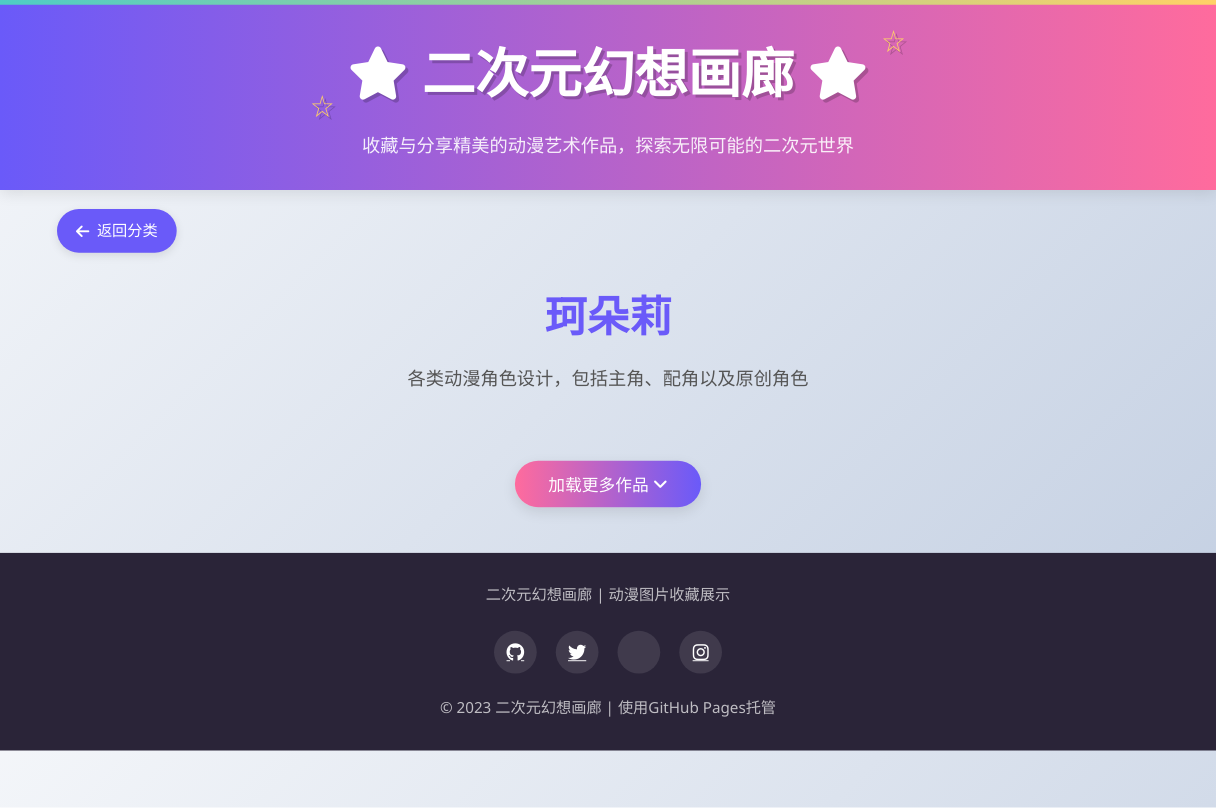
Repository: Ke-scholar/Ke-scholar.github.io
Page: category.html
An editor plug-in stored every save of this project. The page is shown before and after the next save, followed by the edit.
The browser window is 1280 px wide. The pictures show the whole page, at 95% of full size.
Backgrounds fixed to the window are drawn as part of the page.

Above is the page before, as saved 2025-06-26 03:21:32.
Console error: TypeError: Cannot set properties of null (setting 'textContent')

### category.html
<!DOCTYPE html>
<html lang="zh-CN">

<head>
    <meta charset="UTF-8">
    <meta name="viewport" content="width=device-width, initial-scale=1.0">
    <title>分类详情 | 二次元幻想画廊</title>
    <link rel="stylesheet" href="css/style.css">
    <link rel="stylesheet" href="css/category.css">
    <link rel="stylesheet" href="https://cdnjs.cloudflare.com/ajax/libs/font-awesome/6.4.0/css/all.min.css">
</head>

<body>
    <!-- 页头 -->
    <header>
        <div class="header-content">
            <h1><i class="fas fa-star"></i> 二次元幻想画廊 <i class="fas fa-star"></i></h1>
            <p class="subtitle">收藏与分享精美的动漫艺术作品，探索无限可能的二次元世界</p>
        </div>
    </header>

    <!-- 返回按钮 -->
    <div class="back-container">
        <a href="index.html" class="back-btn">
            <i class="fas fa-arrow-left"></i> 返回分类
        </a>
    </div>

    <!-- 分类标题 -->
    <div class="category-header">
        <h2 id="category-title">分类标题</h2>
        <p id="category-desc">分类描述</p>
    </div>

    <!-- 图片展示区 -->
    <div class="container">
        <div class="gallery-grid" id="category-gallery">
            <!-- <div class="loading">
                <div class="loading-spinner"></div>
                正在加载图片...
            </div> -->
        </div>

        <!-- 加载更多按钮 -->
        <div class="load-more">
            <button id="load-more-btn">加载更多作品 <i class="fas fa-angle-down"></i></button>
        </div>
    </div>

    <!-- 页脚 -->
    <footer>
        <div class="footer-content">
            <p>二次元幻想画廊 | 动漫图片收藏展示</p>
            <div class="social-icons">
                <a href="#"><i class="fab fa-github"></i></a>
                <a href="#"><i class="fab fa-twitter"></i></a>
                <a href="#"><i class="fab fa-pixiv"></i></a>
                <a href="#"><i class="fab fa-instagram"></i></a>
            </div>
            <p>&copy; 2023 二次元幻想画廊 | 使用GitHub Pages托管</p>
        </div>
    </footer>

    <!-- 图片弹窗 -->
    <div id="imageModal" class="modal" onclick="closeModal()">
        <img class="modal-content" id="modalImage">
    </div>

    <script src="js/data.js"></script>
    <script src="js/category.js"></script>
</body>

</html>

### css/style.css
/* 全局样式 */
* {
    margin: 0;
    padding: 0;
    box-sizing: border-box;
    font-family: 'Segoe UI', Tahoma, Geneva, Verdana, sans-serif;
}

:root {
    --primary: #ff6b9d;
    --secondary: #6a5af9;
    --accent: #4ecdc4;
    --dark: #2a2438;
    --light: #f7f9fc;
    --card-bg: rgba(255, 255, 255, 0.9);
}

body {
    background: linear-gradient(135deg, #f5f7fa 0%, #c3cfe2 100%);
    background-attachment: fixed;
    color: var(--dark);
    line-height: 1.6;
    min-height: 100vh;
    padding-bottom: 60px;
}

/* 页眉样式 */
header {
    background: linear-gradient(90deg, var(--secondary), var(--primary));
    color: white;
    padding: 2rem 0;
    text-align: center;
    box-shadow: 0 4px 15px rgba(0, 0, 0, 0.1);
    position: relative;
    overflow: hidden;
}

header::before {
    content: "";
    position: absolute;
    top: 0;
    left: 0;
    right: 0;
    height: 5px;
    background: linear-gradient(90deg, var(--accent), #ffd166);
}

.header-content {
    max-width: 1200px;
    margin: 0 auto;
    padding: 0 20px;
}

h1 {
    font-size: 3.5rem;
    margin-bottom: 1rem;
    text-shadow: 3px 3px 0 rgba(0, 0, 0, 0.2);
    position: relative;
    display: inline-block;
}

h1::after {
    content: "☆";
    position: absolute;
    right: -40px;
    top: -15px;
    font-size: 2rem;
    color: #ffd166;
}

h1::before {
    content: "☆";
    position: absolute;
    left: -40px;
    bottom: -15px;
    font-size: 2rem;
    color: #ffd166;
}

.subtitle {
    font-size: 1.2rem;
    max-width: 600px;
    margin: 0 auto;
    opacity: 0.9;
}

/* 内容区域 */
.container {
    max-width: 1200px;
    margin: 2rem auto;
    padding: 0 20px;
}

.gallery-info {
    text-align: center;
    margin-bottom: 2rem;
    background: var(--card-bg);
    padding: 2rem;
    border-radius: 15px;
    box-shadow: 0 5px 15px rgba(0, 0, 0, 0.05);
}

.gallery-info h2 {
    color: var(--secondary);
    margin-bottom: 1rem;
    font-size: 2.2rem;
}

/* 分类网格 */
.categories-grid {
    display: grid;
    grid-template-columns: repeat(auto-fill, minmax(300px, 1fr));
    gap: 30px;
}

.category-card {
    background: var(--card-bg);
    border-radius: 15px;
    overflow: hidden;
    box-shadow: 0 10px 20px rgba(0, 0, 0, 0.08);
    transition: all 0.4s cubic-bezier(0.175, 0.885, 0.32, 1.275);
    position: relative;
    height: 350px;
    opacity: 0;
    transform: translateY(20px);
    animation: fadeInUp 0.5s forwards;
}

@keyframes fadeInUp {
    to {
        opacity: 1;
        transform: translateY(0);
    }
}

.category-card:hover {
    transform: translateY(-10px) scale(1.02);
    box-shadow: 0 15px 30px rgba(0, 0, 0, 0.15);
}

.category-img {
    width: 100%;
    height: 240px;
    object-fit: cover;
    display: block;
    transition: all 0.5s ease;
}

.category-card:hover .category-img {
    transform: scale(1.1);
}

.category-overlay {
    position: absolute;
    top: 0;
    left: 0;
    right: 0;
    bottom: 0;
    background: linear-gradient(to top, rgba(106, 90, 249, 0.8), transparent);
    display: flex;
    flex-direction: column;
    justify-content: flex-end;
    padding: 20px;
    opacity: 0;
    transition: opacity 0.4s ease;
}

.category-card:hover .category-overlay {
    opacity: 1;
}

.category-title {
    color: white;
    font-size: 2rem;
    font-weight: bold;
    margin-bottom: 5px;
    text-shadow: 1px 1px 3px rgba(0, 0, 0, 0.7);
}

.category-count {
    color: rgba(255, 255, 255, 0.9);
    font-size: 1.1rem;
    background: rgba(0, 0, 0, 0.3);
    padding: 5px 15px;
    border-radius: 20px;
    display: inline-block;
}

.category-info {
    padding: 20px;
    text-align: center;
}

.category-info h3 {
    color: var(--secondary);
    margin-bottom: 10px;
    font-size: 1.5rem;
}

.category-info p {
    color: #666;
    font-size: 1rem;
}

/* 页脚样式 */
footer {
    background: var(--dark);
    color: rgba(255, 255, 255, 0.7);
    text-align: center;
    padding: 2rem 0;
    margin-top: 3rem;
}

.footer-content {
    max-width: 1200px;
    margin: 0 auto;
    padding: 0 20px;
}

.social-icons {
    display: flex;
    justify-content: center;
    gap: 20px;
    margin: 1.5rem 0;
}

.social-icons a {
    color: white;
    background: rgba(255, 255, 255, 0.1);
    width: 45px;
    height: 45px;
    border-radius: 50%;
    display: flex;
    align-items: center;
    justify-content: center;
    font-size: 1.2rem;
    transition: all 0.3s ease;
}

.social-icons a:hover {
    background: var(--primary);
    transform: translateY(-5px);
}

/* 响应式设计 */
@media (max-width: 768px) {
    h1 {
        font-size: 2.5rem;
    }

    h1::before, h1::after {
        display: none;
    }

    .categories-grid {
        grid-template-columns: repeat(auto-fill, minmax(280px, 1fr));
    }
}

@media (max-width: 480px) {
    h1 {
        font-size: 2rem;
    }

    .categories-grid {
        grid-template-columns: 1fr;
    }
}

/* 动画效果 */
@keyframes float {
    0% { transform: translateY(0px); }
    50% { transform: translateY(-10px); }
    100% { transform: translateY(0px); }
}

.floating {
    animation: float 3s ease-in-out infinite;
}

### css/category.css
/* 分类详情页样式 */
.back-container {
    max-width: 1200px;
    margin: 20px auto 0;
    padding: 0 20px;
}

.back-btn {
    display: inline-flex;
    align-items: center;
    gap: 8px;
    background: var(--secondary);
    color: white;
    padding: 10px 20px;
    border-radius: 30px;
    text-decoration: none;
    font-weight: 500;
    transition: all 0.3s;
    box-shadow: 0 3px 10px rgba(0, 0, 0, 0.1);
}

.back-btn:hover {
    background: var(--primary);
    transform: translateY(-3px);
    box-shadow: 0 5px 15px rgba(0, 0, 0, 0.15);
}

.category-header {
    text-align: center;
    margin: 30px 0;
    padding: 0 20px;
}

.category-header h2 {
    font-size: 2.8rem;
    color: var(--secondary);
    margin-bottom: 15px;
}

.category-header p {
    font-size: 1.2rem;
    max-width: 800px;
    margin: 0 auto;
    color: #555;
}

/* 图片网格 */
.gallery-grid {
    display: grid;
    grid-template-columns: repeat(auto-fill, minmax(280px, 1fr));
    gap: 25px;
    margin-top: 20px;
}

.gallery-item {
    background: var(--card-bg);
    border-radius: 15px;
    overflow: hidden;
    box-shadow: 0 10px 20px rgba(0, 0, 0, 0.08);
    transition: all 0.4s cubic-bezier(0.175, 0.885, 0.32, 1.275);
    position: relative;
    height: 320px;
    opacity: 0;
    transform: translateY(20px);
    animation: fadeInUp 0.5s forwards;
}

.gallery-item:hover {
    transform: translateY(-10px) scale(1.02);
    box-shadow: 0 15px 30px rgba(0, 0, 0, 0.15);
}

.gallery-img {
    width: 100%;
    height: 240px;
    object-fit: cover;
    display: block;
    transition: all 0.5s ease;
}

.gallery-item:hover .gallery-img {
    transform: scale(1.1);
}

.item-overlay {
    position: absolute;
    top: 0;
    left: 0;
    right: 0;
    bottom: 0;
    background: linear-gradient(to top, rgba(106, 90, 249, 0.8), transparent);
    display: flex;
    flex-direction: column;
    justify-content: flex-end;
    padding: 20px;
    opacity: 0;
    transition: opacity 0.4s ease;
}

.gallery-item:hover .item-overlay {
    opacity: 1;
}

.item-title {
    color: white;
    font-size: 1.4rem;
    font-weight: bold;
    margin-bottom: 5px;
    text-shadow: 1px 1px 3px rgba(0, 0, 0, 0.7);
}

.item-info {
    padding: 15px;
}

.item-info h3 {
    color: var(--secondary);
    margin-bottom: 5px;
    white-space: nowrap;
    overflow: hidden;
    text-overflow: ellipsis;
}

.item-info p {
    color: #666;
    font-size: 0.9rem;
    display: -webkit-box;
    -webkit-line-clamp: 2;
    -webkit-box-orient: vertical;
    overflow: hidden;
    height: 40px;
}

.load-more {
    text-align: center;
    margin: 40px 0 20px;
}

#load-more-btn {
    background: linear-gradient(90deg, var(--primary), var(--secondary));
    color: white;
    border: none;
    padding: 12px 35px;
    border-radius: 30px;
    font-size: 1.1rem;
    cursor: pointer;
    transition: all 0.3s;
    box-shadow: 0 5px 15px rgba(0, 0, 0, 0.1);
}

#load-more-btn:hover {
    transform: translateY(-3px);
    box-shadow: 0 8px 20px rgba(0, 0, 0, 0.15);
}

/* 图片弹窗样式 */
.modal {
    display: none;
    position: fixed;
    z-index: 1000;
    padding-top: 50px;
    left: 0;
    top: 0;
    width: 100%;
    height: 100%;
    overflow: auto;
    background-color: rgba(0, 0, 0, 0.9);
    cursor: pointer;
}

.modal-content {
    margin: auto;
    display: block;
    max-width: 90%;
    max-height: 80vh;
    border-radius: 8px;
    box-shadow: 0 0 30px rgba(255, 255, 255, 0.2);
    animation: zoomIn 0.3s ease-out;
}

@keyframes zoomIn {
    from {
        transform: scale(0.9);
        opacity: 0;
    }

    to {
        transform: scale(1);
        opacity: 1;
    }
}

/* 响应式调整 */
@media (max-width: 768px) {
    .modal-content {
        max-width: 95%;
        max-height: 70vh;
    }
}

.loading {
    text-align: center;
    padding: 40px;
    font-size: 1.2rem;
    color: var(--secondary);
}

.loading-spinner {
    border: 4px solid rgba(0, 0, 0, 0.1);
    border-radius: 50%;
    border-top: 4px solid var(--primary);
    width: 40px;
    height: 40px;
    animation: spin 1s linear infinite;
    margin: 0 auto 20px;
}

@keyframes spin {
    0% {
        transform: rotate(0deg);
    }

    100% {
        transform: rotate(360deg);
    }
}

### js/data.js
// 图片数据
const imageData = {
    categories: [
        {
            id: "Chtholly",
            name: "珂朵莉",
            description: "各类动漫角色设计，包括主角、配角以及原创角色",
            coverImg: "img/Chtholly/Chtholly (1).jpg",
            totalImages: 42
        },
        {
            id: "scenes",
            name: "精美场景",
            description: "动漫中的精美场景，包括城市、自然景观和幻想世界",
            coverImg: "img/scenes/cover.jpg",
            totalImages: 36
        },
        {
            id: "fanart",
            name: "同人创作",
            description: "粉丝创作的作品，包括二次创作和同人插画",
            coverImg: "img/fanart/cover.jpg",
            totalImages: 28
        },
        {
            id: "fantasy",
            name: "奇幻世界",
            description: "充满魔法与幻想的异世界场景和角色",
            coverImg: "img/fantasy/cover.jpg",
            totalImages: 31
        },
        {
            id: "chibi",
            name: "Q版萌图",
            description: "可爱的Q版角色和萌系插画",
            coverImg: "img/chibi/cover.jpg",
            totalImages: 25
        }
    ],

     images: {
        Chtholly: Array.from({length: 42}, (_, i) => ({
            id: i + 1,
            title: "珂朵莉",
            imgPath: `img/Chtholly/Chtholly (${i+1}).jpg`,
            description: "珂朵莉的美丽图片",
            author: "插画师: 未知"
        })),
        scenes: Array.from({length: 36}, (_, i) => ({
            id: i + 1,
            title: "精美场景",
            imgPath: `img/scenes/scene (${i+1}).jpg`,
            description: "精美的动漫场景",
            author: "场景设计: 未知"
        })),
        fanart: Array.from({length: 28}, (_, i) => ({
            id: i + 1,
            title: "同人创作",
            imgPath: `img/fanart/fanart (${i+1}).jpg`,
            description: "粉丝创作的作品",
            author: "作者: 未知"
        })),
        fantasy: Array.from({length: 31}, (_, i) => ({
            id: i + 1,
            title: "奇幻世界",
            imgPath: `img/fantasy/fantasy (${i+1}).jpg`,
            description: "奇幻世界插画",
            author: "插画师: 未知"
        })),
        chibi: Array.from({length: 25}, (_, i) => ({
            id: i + 1,
            title: "Q版萌图",
            imgPath: `img/chibi/chibi (${i+1}).jpg`,
            description: "可爱的Q版角色",
            author: "插画师: 未知"
        }))
    }
};

// 获取所有分类
function getAllCategories() {
    return imageData.categories;
}

// 获取单个分类
function getCategoryById(id) {
    return imageData.categories.find(category => category.id === id);
}

// 获取分类下的图片
function getImagesByCategory(categoryId, limit = 8) {
    const images = imageData.images[categoryId] || [];
    return images.slice(0, limit);
}

// 获取所有图片
function getAllImagesByCategory(categoryId) {
    return imageData.images[categoryId] || [];
}

### js/category.js
document.addEventListener('DOMContentLoaded', function () {
    const urlParams = new URLSearchParams(window.location.search);
    const categoryId = urlParams.get('category') || 'Chtholly';

    // 获取分类信息
    const category = getCategoryById(categoryId);
    if (!category) {
        window.location.href = 'index.html';
        return;
    }

    // 设置标题和描述
    document.getElementById('category-title').textContent = category.name;
    document.getElementById('category-desc').textContent = category.description;

    // 获取图片数据
    const galleryGrid = document.getElementById('category-gallery');
    const loadMoreBtn = document.getElementById('load-more-btn');

    let visibleItems = 8;
    const allImages = getAllImagesByCategory(categoryId);

    // 设置图片总数
    document.getElementById('total-images').textContent = allImages.length;

    // 渲染图片
    function renderImages() {
        // 显示加载状态
        // galleryGrid.innerHTML = `
        //             <div class="loading">
        //                 <div class="loading-spinner"></div>
        //                 正在加载图片...
        //             </div>
        //         `;
        galleryGrid.innerHTML = '';

        // 模拟网络延迟
        // setTimeout(() => {
        const imagesToShow = allImages.slice(0, visibleItems);

        if (imagesToShow.length === 0) {
            galleryGrid.innerHTML = `<div class="no-results">该分类下暂无图片，请返回首页选择其他分类。</div>`;
            loadMoreBtn.style.display = 'none';
            return;
        }

        galleryGrid.innerHTML = '';

        imagesToShow.forEach((image, index) => {
            const galleryItem = document.createElement('div');
            galleryItem.className = 'gallery-item';
            galleryItem.style.animationDelay = `${index * 0.1}s`;

            galleryItem.innerHTML = `
                            <img src="${image.imgPath}" alt="${image.title}" class="gallery-img">
                            <div class="item-overlay">
                                <div class="item-title">${image.title}</div>
                            </div>
                            <div class="item-info">
                                <h3>${image.author}</h3>
                                <p>${image.description}</p>
                            </div>
                        `;

            galleryGrid.appendChild(galleryItem);
        });

        // 显示/隐藏加载更多按钮
        loadMoreBtn.style.display = allImages.length > visibleItems ? 'block' : 'none';

        // 初始化弹窗功能
        initImageModal();
        // }, 100); // 800ms延迟模拟加载时间
    }

    // 初始化渲染
    renderImages();

    // 加载更多功能
    loadMoreBtn.addEventListener('click', () => {
        visibleItems += 8;
        renderImages();
    });

    // ============ 图片弹窗功能 ============ //
    function openModal(imgSrc) {
        const modal = document.getElementById('imageModal');
        const modalImg = document.getElementById('modalImage');

        modal.style.display = "block";
        modalImg.src = imgSrc;
        document.body.style.overflow = 'hidden'; // 防止背景滚动
    }

    function closeModal() {
        document.getElementById('imageModal').style.display = "none";
        document.body.style.overflow = 'auto'; // 恢复背景滚动
    }

    // 添加图片点击事件处理
    function initImageModal() {
        const galleryItems = document.querySelectorAll('.gallery-img');

        galleryItems.forEach(img => {
            img.addEventListener('click', function () {
                openModal(this.src);
            });
        });

        // 支持ESC键关闭
        document.addEventListener('keydown', function (e) {
            if (e.key === 'Escape' && document.getElementById('imageModal').style.display === 'block') {
                closeModal();
            }
        });
    }
});

After the next save:
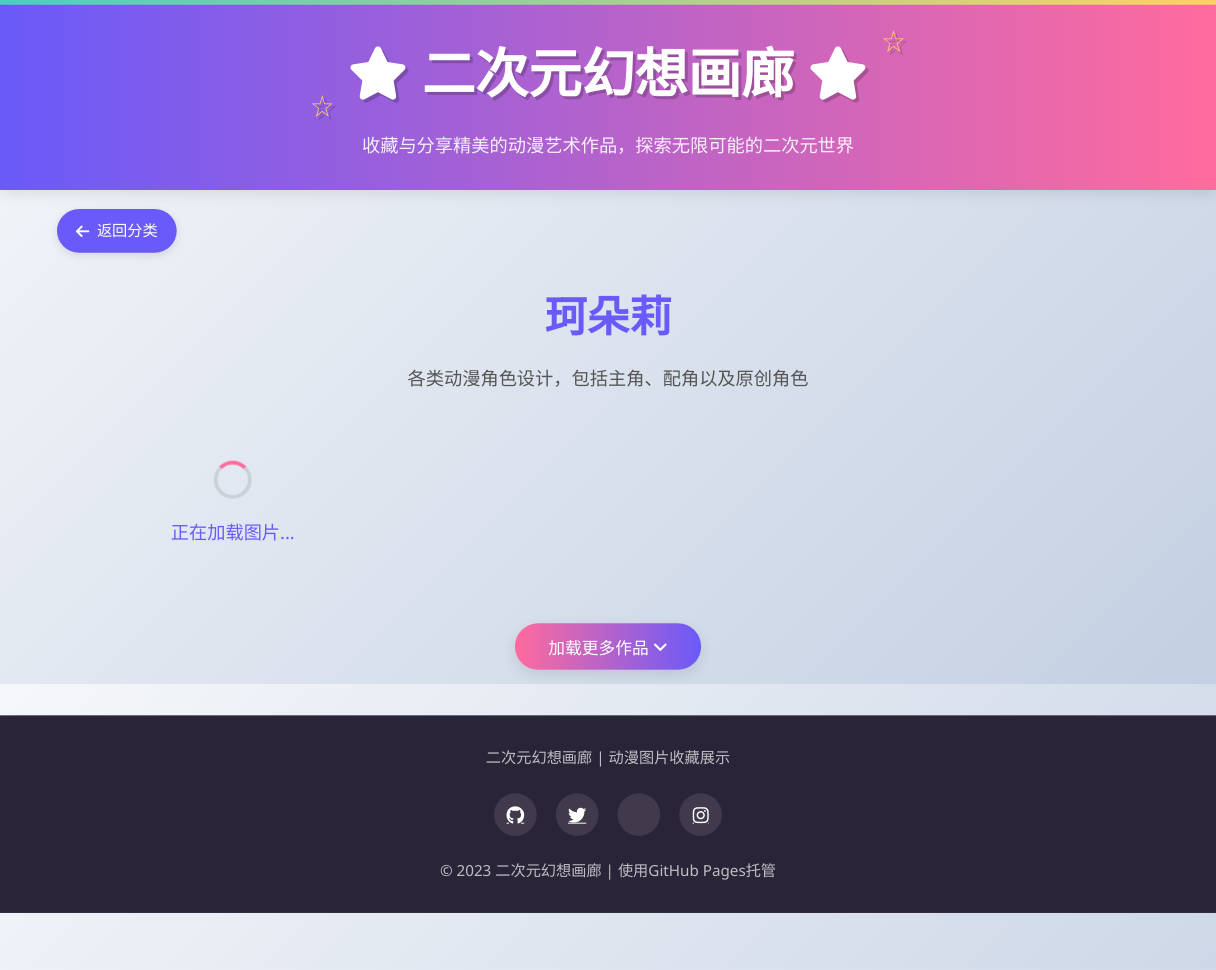
Saved 16 s later.
--- a/category.html
+++ b/category.html
@@ -35,10 +35,10 @@
     <!-- 图片展示区 -->
     <div class="container">
         <div class="gallery-grid" id="category-gallery">
-            <!-- <div class="loading">
+            <div class="loading">
                 <div class="loading-spinner"></div>
                 正在加载图片...
-            </div> -->
+            </div>
         </div>
 
         <!-- 加载更多按钮 -->

After the 4 saves that followed:
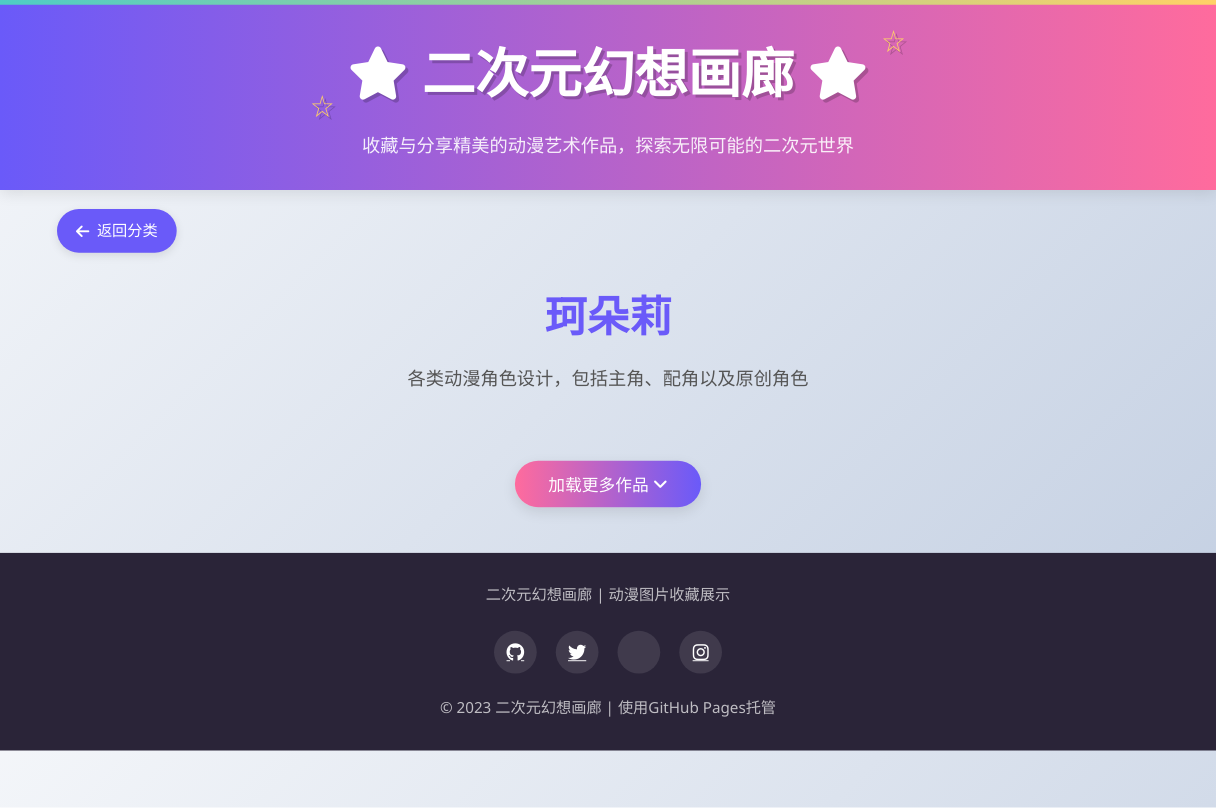
The 4 saves are shown as one change because 3 left the picture as it was.
The last was saved 3 min 58 s later.
--- a/category.html
+++ b/category.html
@@ -35,10 +35,10 @@
     <!-- 图片展示区 -->
     <div class="container">
         <div class="gallery-grid" id="category-gallery">
-            <div class="loading">
+            <!-- <div class="loading">
                 <div class="loading-spinner"></div>
                 正在加载图片...
-            </div>
+            </div> -->
         </div>
 
         <!-- 加载更多按钮 -->
--- a/js/category.js
+++ b/js/category.js
@@ -44,15 +44,14 @@ document.addEventListener('DOMContentLoaded', function () {
             return;
         }
 
-        galleryGrid.innerHTML = '';
-
         imagesToShow.forEach((image, index) => {
+            const safeImgPath = image.imgPath.replace(/ /g, '%20');
             const galleryItem = document.createElement('div');
             galleryItem.className = 'gallery-item';
             galleryItem.style.animationDelay = `${index * 0.1}s`;
 
             galleryItem.innerHTML = `
-                            <img src="${image.imgPath}" alt="${image.title}" class="gallery-img">
+                            <img src="${safeImgPath}" alt="${image.title}" class="gallery-img">
                             <div class="item-overlay">
                                 <div class="item-title">${image.title}</div>
                             </div>
